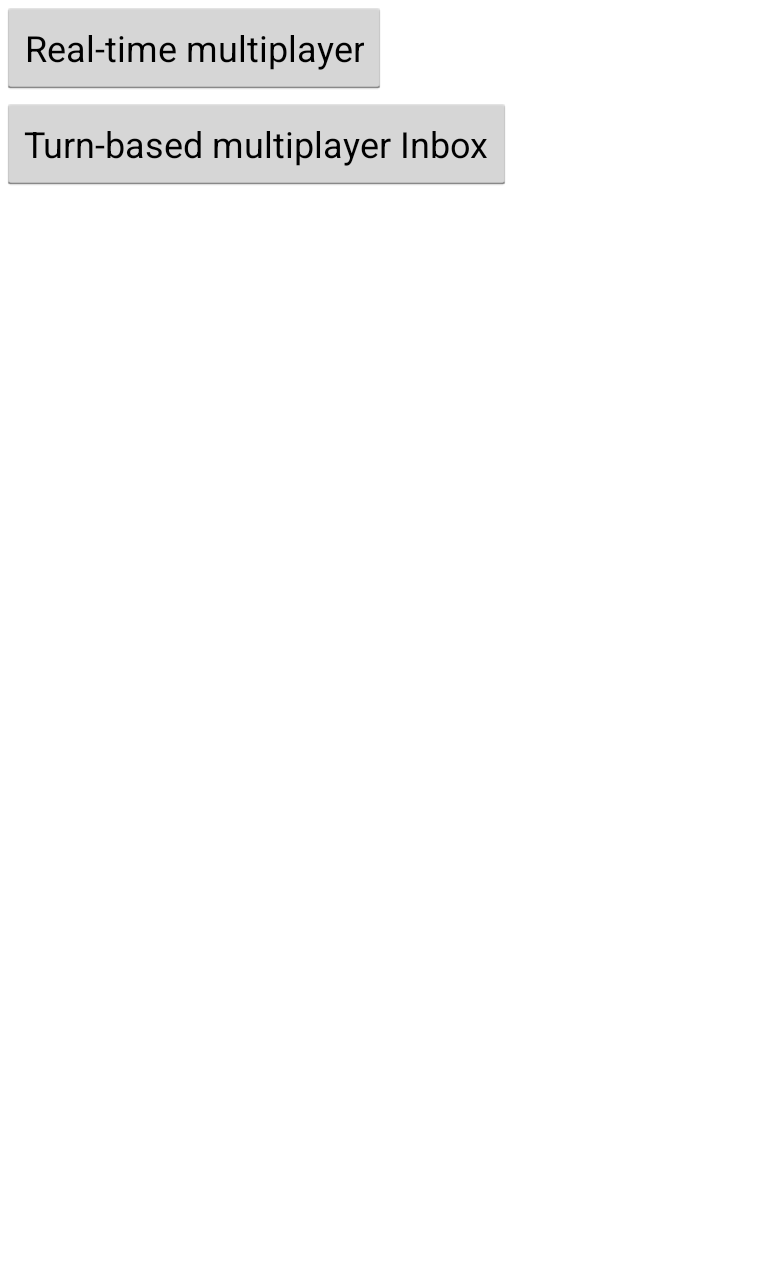
Repository: wassil/googleGamesTest
Layout: TicTacToe/res/layout/fragment_multiplayer.xml
These files come from the project's save history. The layout is drawn as it stood at one moment and after the next save; the edit follows.
It is drawn on a 768 x 1280 px phone screen (xhdpi) without system bars, with theme AppTheme; the app's code is not run.

Above is the layout before, as saved 2014-04-01 20:39:28.

After the next save:
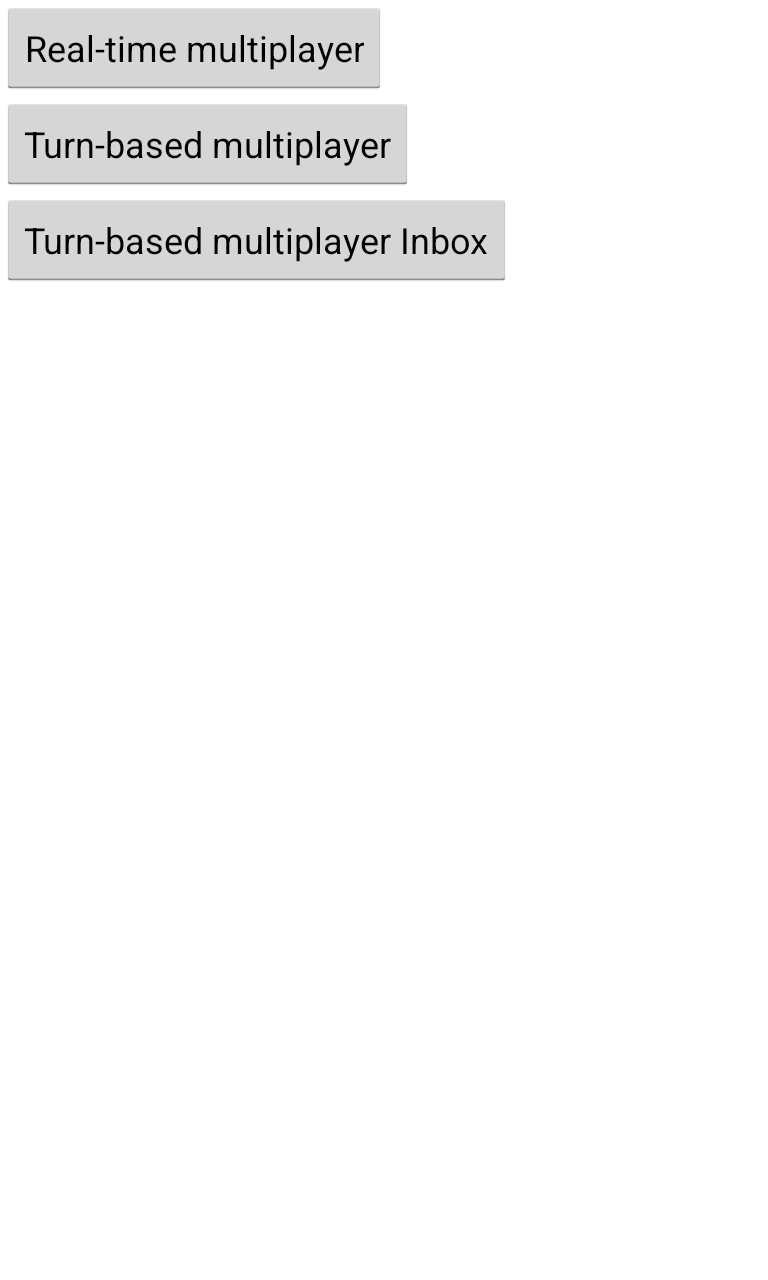
Saved 48 s later.
--- a/TicTacToe/res/layout/fragment_multiplayer.xml
+++ b/TicTacToe/res/layout/fragment_multiplayer.xml
@@ -11,6 +11,12 @@
         android:text="Real-time multiplayer" />
 
 	<Button
+        android:id="@+id/buttonAsync"
+        android:layout_width="wrap_content"
+        android:layout_height="wrap_content"
+        android:text="Turn-based multiplayer" />
+
+	<Button
         android:id="@+id/buttonShowAsyncMatches"
         android:layout_width="wrap_content"
         android:layout_height="wrap_content"
